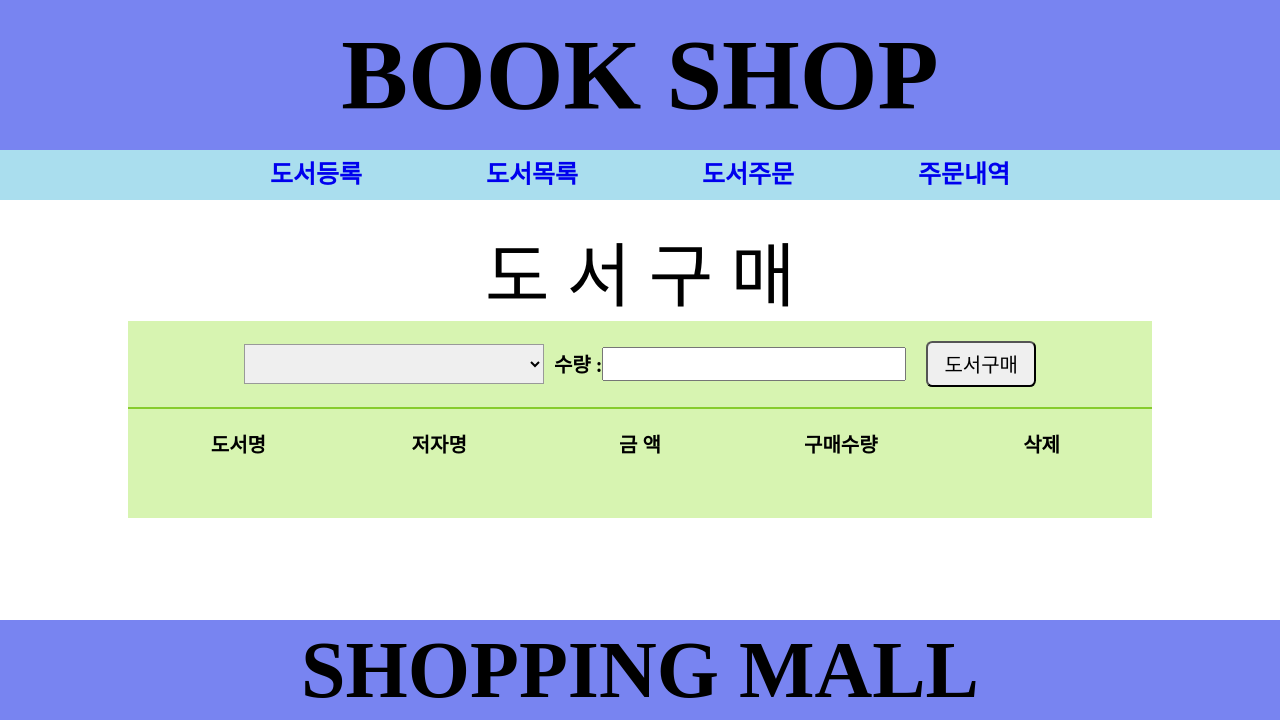
Repository: eunmiyo/BookShop
Page: http://localhost/Book/buy.jsp
These files come from the project's save history. The page is drawn as it stood at one moment and after the next save; the edit follows.
The browser window is 1280 px wide. The pictures show the whole page.
The page is served by Tomcat 9. The template is opened directly, without the code that normally fills it, so the values that code supplies are empty.

Above is the page before, as saved 2022-12-29 06:12:53.

After the next save:
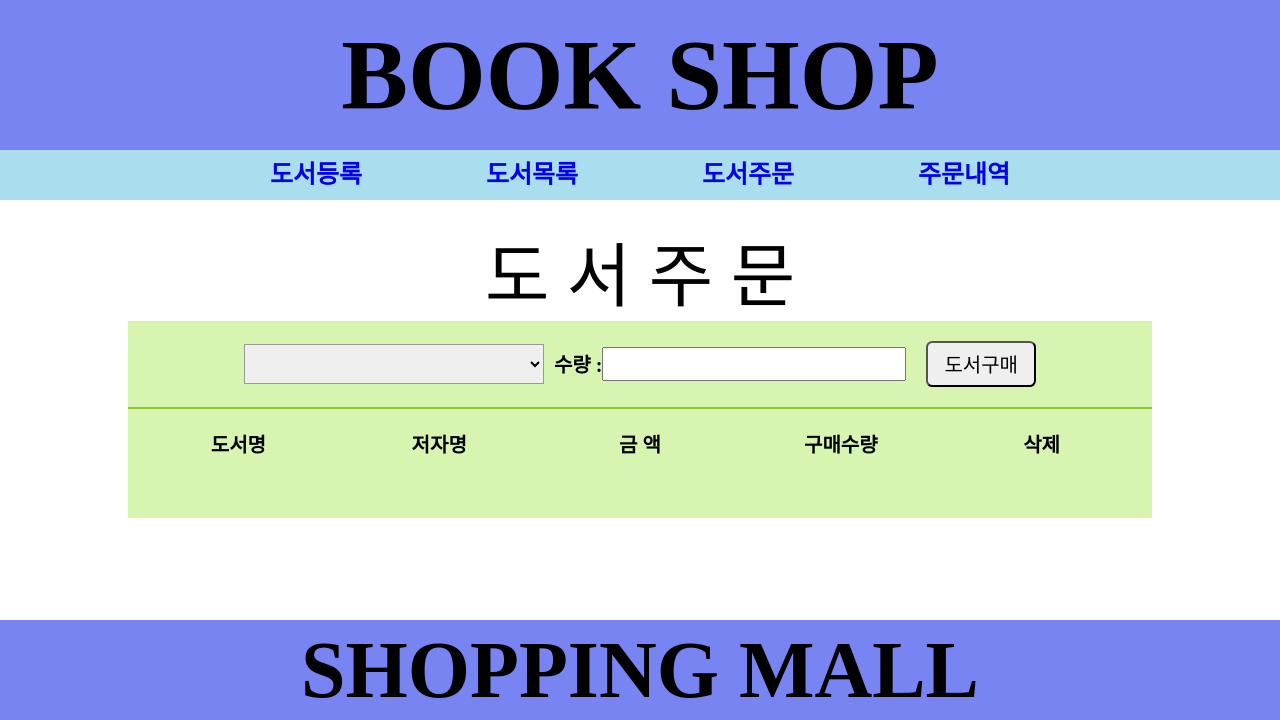
Saved 12 s later.
--- a/Book/src/main/webapp/buy.jsp
+++ b/Book/src/main/webapp/buy.jsp
@@ -15,7 +15,7 @@
 <body>
 	<%@ include file="top.jsp"%>
 		<table class="wap">
-			<caption>도 서 구 매</caption>
+			<caption>도 서 주 문</caption>
 			<tr class="bar">
 				<td>
 				<select name="select">
